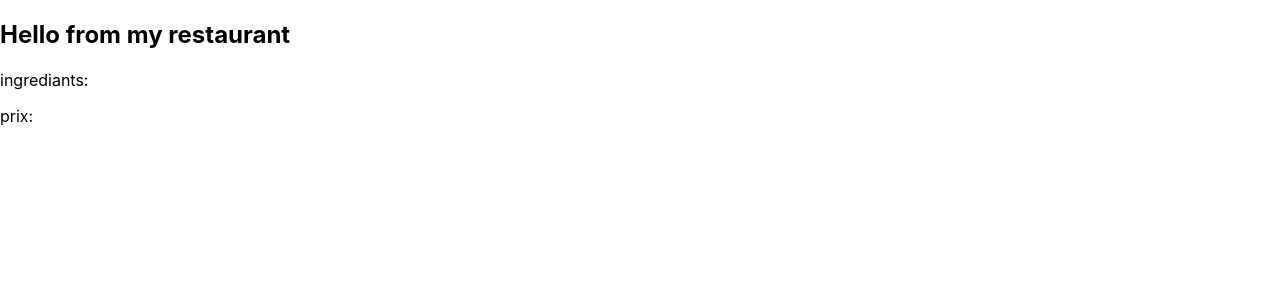
Repository: FS-23/my-restaurant
Page: /
The author's editor kept a copy of each file at every save. The page is drawn from the files as they stood at one save, then again after the next save.
The browser window is 1280 px wide. The pictures show the whole page.
The project was rebuilt for these pictures with package versions that can differ from the ones it lists, and the page was loaded fresh each time.

Above is the page before, as saved 2022-04-29 13:27:07.

### src/App.js
import Menu from './components/Menu'
function App() {
  return (
    <div className="App">
        <h2>Hello from my restaurant</h2>
        <Menu />
    </div>
  );
}

export default App;

### src/components/Menu.js
import Plat from "./Plat"
function Menu(){
    return (
        <div>
            < Plat />
        </div>
    )
}

export default Menu

### src/components/Plat.js

function Plat (props){
    return(
       <>
           <h1>{props.name} </h1>
           <p> ingrediants: {props.ingredient}</p>
           <div>
               prix: {props.price}
           </div>
       </>
    )
}

export default Plat

Loaded but not shown: public/index.html (common file); src/index.js (common file); src/index.css (common file)

After the next save:
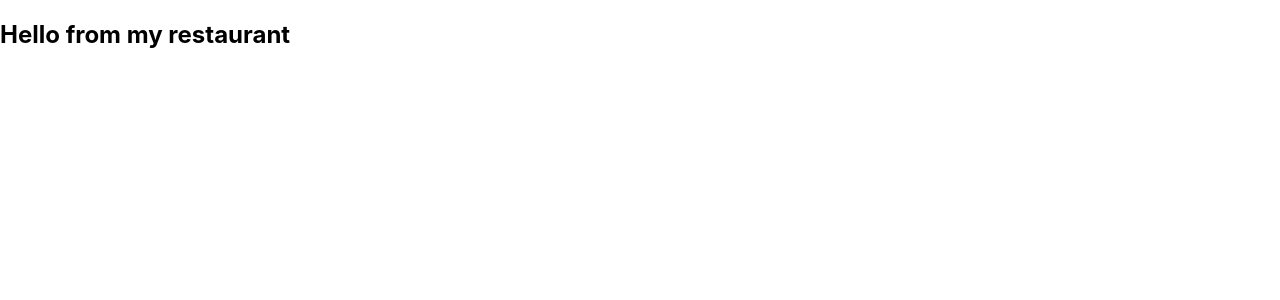
Saved 24 s later.
--- a/src/components/Plat.js
+++ b/src/components/Plat.js
@@ -3,9 +3,9 @@ function Plat (props){
     return(
        <>
            <h1>{props.name} </h1>
-           <p> ingrediants: {props.ingredient}</p>
+           <p> {props.ingredient}</p>
            <div>
-               prix: {props.price}
+               {props.price}
            </div>
        </>
     )
